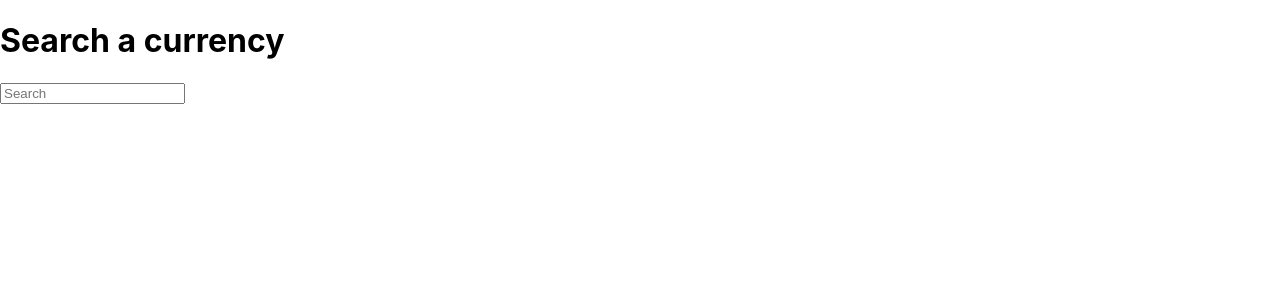
Repository: adder206/react-api-crypto-tracker
Page: /
These files come from the project's save history. The page is drawn as it stood at one moment and after a run of saves; the edit follows.
The browser window is 1280 px wide. The pictures show the whole page.
The page's requests for data from a server got no answer. The project was rebuilt for these pictures with package versions that can differ from the ones it lists, and the page was loaded fresh each time. No one was signed in, and anything a server would have sent is missing. Also part of the build but not shown: src/App.css, src/Coin.js, src/Coin.css.

Above is the page before, as saved 2021-03-12 10:03:27.

### src/App.js
import React, {useState, useEffect} from 'react';
import axios from 'axios'
import './App.css';
import Coin from './Coin';
import './Coin.css';



function App() {
  const [coins, setCoins] = useState([]);
  const [search,setSearch] = useState('')

  useEffect(()=> {
    axios
    .get(
      'https://api.coingecko.com/api/v3/coins/markets?vs_currency=usd&order=market_cap_desc&per_page=100&page=1&sparkline=false')
    .then(res => {
      setCoins(res.data);
      console.log(res.data);
    })
    .catch(error => alert(error));
  }, []);

  const handleChange = e => {
    setSearch(e.target.value)
  }

  const filteredCoins = coins.filter(coin =>
    coin.name.toLowerCase().includes(search.toLowerCase())
    )

  return (
    <div className='coin-app'>
      <div className="coin-search">
        <h1 className="coin-text">Search a currency</h1>
        <form>
          <input type="text" placeholder="Search"
          className="coin-input" onChange=
          {handleChange}/>
        </form>
      </div>
      {filteredCoins.map(coin => {
        return <Coin
        key={coin.id}
        name={coin.name}
        image={coin.image}
        symbol={coin.symbol}
        volume={coin.market_cap}
        price={coin.current_price}
        />;
      })}

    </div>
  );
}

export default App;

Loaded but not shown: public/index.html (common file); src/index.js (common file); src/index.css (common file); src/reportWebVitals.js (common file)

After the next 2 saves:
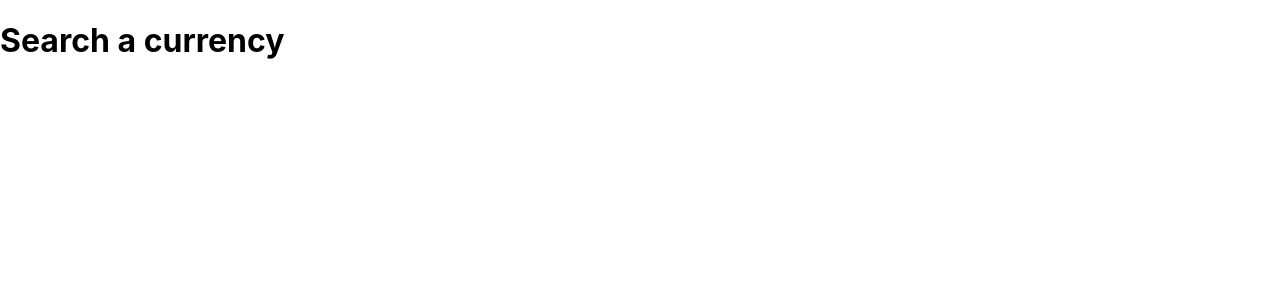
The 2 saves are shown as one change because 1 did not build or start.
The last was saved 103 s later.
--- a/src/App.js
+++ b/src/App.js
@@ -21,9 +21,9 @@
     .catch(error => alert(error));
   }, []);
 
-  const handleChange = e => {
-    setSearch(e.target.value)
-  }
+  // const handleChange = e => {
+  //   setSearch(e.target.value)
+  // }
 
   const filteredCoins = coins.filter(coin =>
     coin.name.toLowerCase().includes(search.toLowerCase())
@@ -33,11 +33,11 @@
     <div className='coin-app'>
       <div className="coin-search">
         <h1 className="coin-text">Search a currency</h1>
-        <form>
+        {/* <form>
           <input type="text" placeholder="Search"
           className="coin-input" onChange=
           {handleChange}/>
-        </form>
+        </form> */}
       </div>
       {filteredCoins.map(coin => {
         return <Coin

After the save that followed:
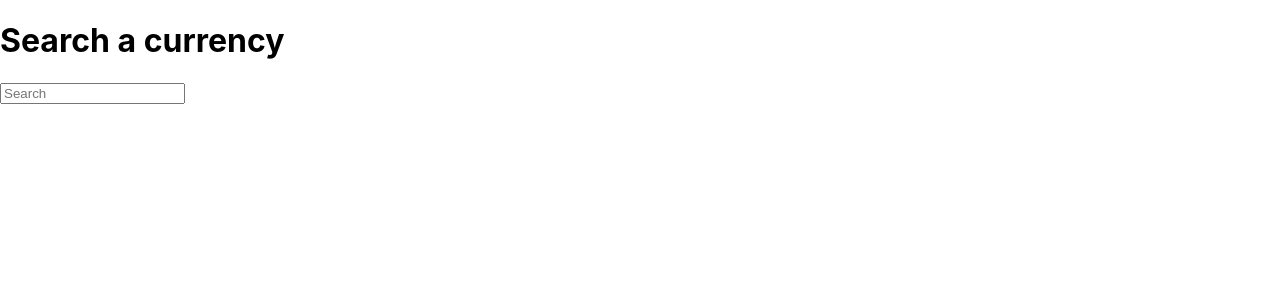
Saved 61 s later.
--- a/src/App.js
+++ b/src/App.js
@@ -21,9 +21,9 @@
     .catch(error => alert(error));
   }, []);
 
-  // const handleChange = e => {
-  //   setSearch(e.target.value)
-  // }
+  const handleChange = e => {
+    setSearch(e.target.value)
+  }
 
   const filteredCoins = coins.filter(coin =>
     coin.name.toLowerCase().includes(search.toLowerCase())
@@ -33,11 +33,11 @@
     <div className='coin-app'>
       <div className="coin-search">
         <h1 className="coin-text">Search a currency</h1>
-        {/* <form>
+        <form>
           <input type="text" placeholder="Search"
           className="coin-input" onChange=
           {handleChange}/>
-        </form> */}
+        </form>
       </div>
       {filteredCoins.map(coin => {
         return <Coin
